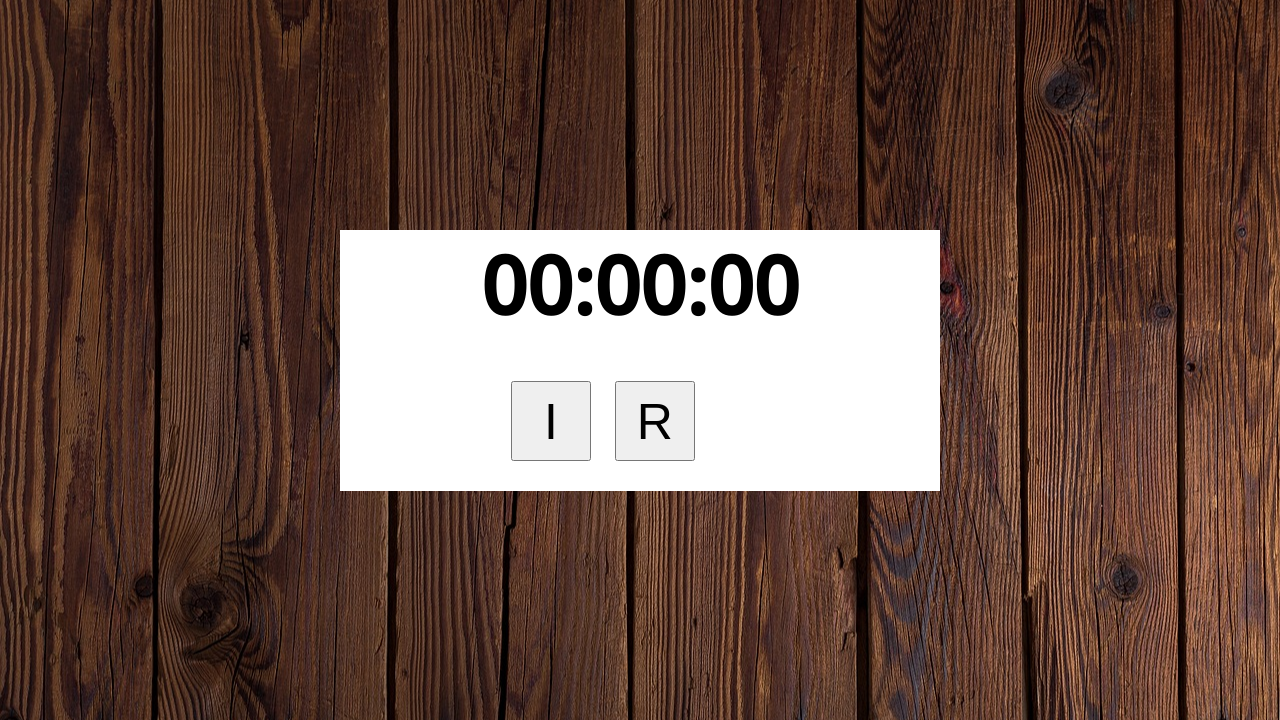
Repository: JoyMoGas/javascript-learn
Page: cronometro/index.html
An editor plug-in stored every save of this project. The page is shown before and after the next save, followed by the edit.
The browser window is 1280 px wide. The pictures show the whole page.

Above is the page before, as saved 2024-05-13 18:15:58.

### cronometro/index.html
<!DOCTYPE html>
<html lang="es">
  <head>
    <meta charset="UTF-8" />
    <meta name="viewport" content="width=device-width, initial-scale=1.0" />
    <link rel="stylesheet" href="styles.css" />
    <title>Cronometro</title>
  </head>
  <body>
    <main class="contenedor-principal">
      <div class="contenedor-interno">
        <div id="cronometro">00:00:00</div>
        <div class="contenedor-botones">
          <button id="boton-inicio-pausa" class="boton iniciar">I</button>
          <button id="boton-reiniciar" class="boton">R</button>
        </div>
      </div>
    </main>
    <script src="app.js"></script>
  </body>
</html>

### cronometro/styles.css
@import url('https://fonts.googleapis.com/css2?family=Noto+Sans+Thai:wght@500&display=swap');

/* Estilos Generales */

* {
  margin: 0;
  padding: 0;
}

body {
  height: 100vh;
  display: flex;
  justify-content: center;
  align-items: center;
  background: url('images/madera.jpg') no-repeat center center/ cover;
}

/* Contenedores */
.contenedor-principal {
  width: 80vw;
  max-width: 600px;
  min-width: 350px;
  display: flex;
  flex-wrap: wrap;
  justify-content: center;
  align-items: center;
  background-color: white;
}

.contenedor-botones {
  padding: 20px;
}

/* Cronometro */
#cronometro {
  width: 100%;
  font-size: 80px;
  font-weight: bold;
  user-select: none;
  font-family: 'Noto Sans Thai', sans-serif;
}

/* Botones */
.boton {
  width: 80px;
  height: 80px;
  font-size: 50px;
  margin: 10px;
  padding: 10px;
}

Loaded but not shown: cronometro/app.js (no stored copy; drawn as an empty file)

After the next save:
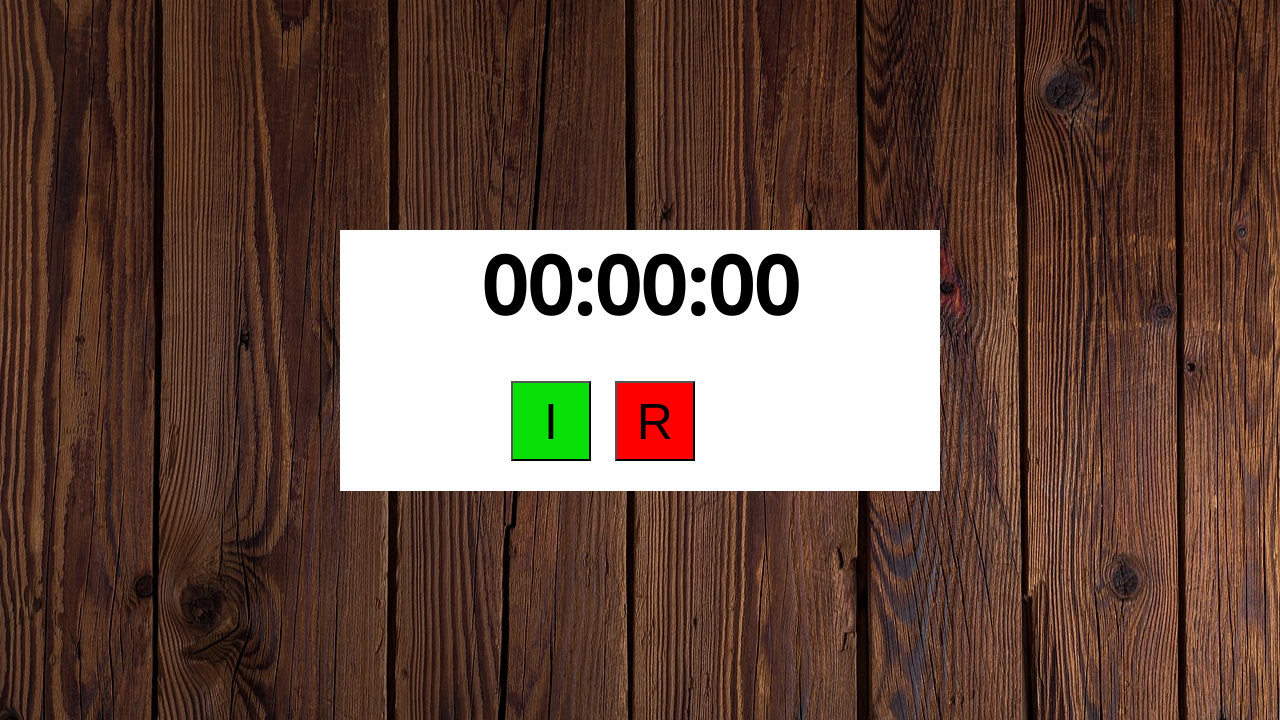
Saved 10 min 33 s later.
--- a/cronometro/styles.css
+++ b/cronometro/styles.css
@@ -48,3 +48,17 @@ body {
   margin: 10px;
   padding: 10px;
 }
+
+#boton-inicio-pausa.iniciar,
+#boton-inicio-pausa.iniciar i {
+  background-color: #08e008;
+}
+
+#boton-inicio-pausa.pausar,
+#boton-inicio-pausa.pausar i {
+  background-color: #ffdc00;
+}
+
+#boton-reiniciar {
+  background-color: red;
+}
